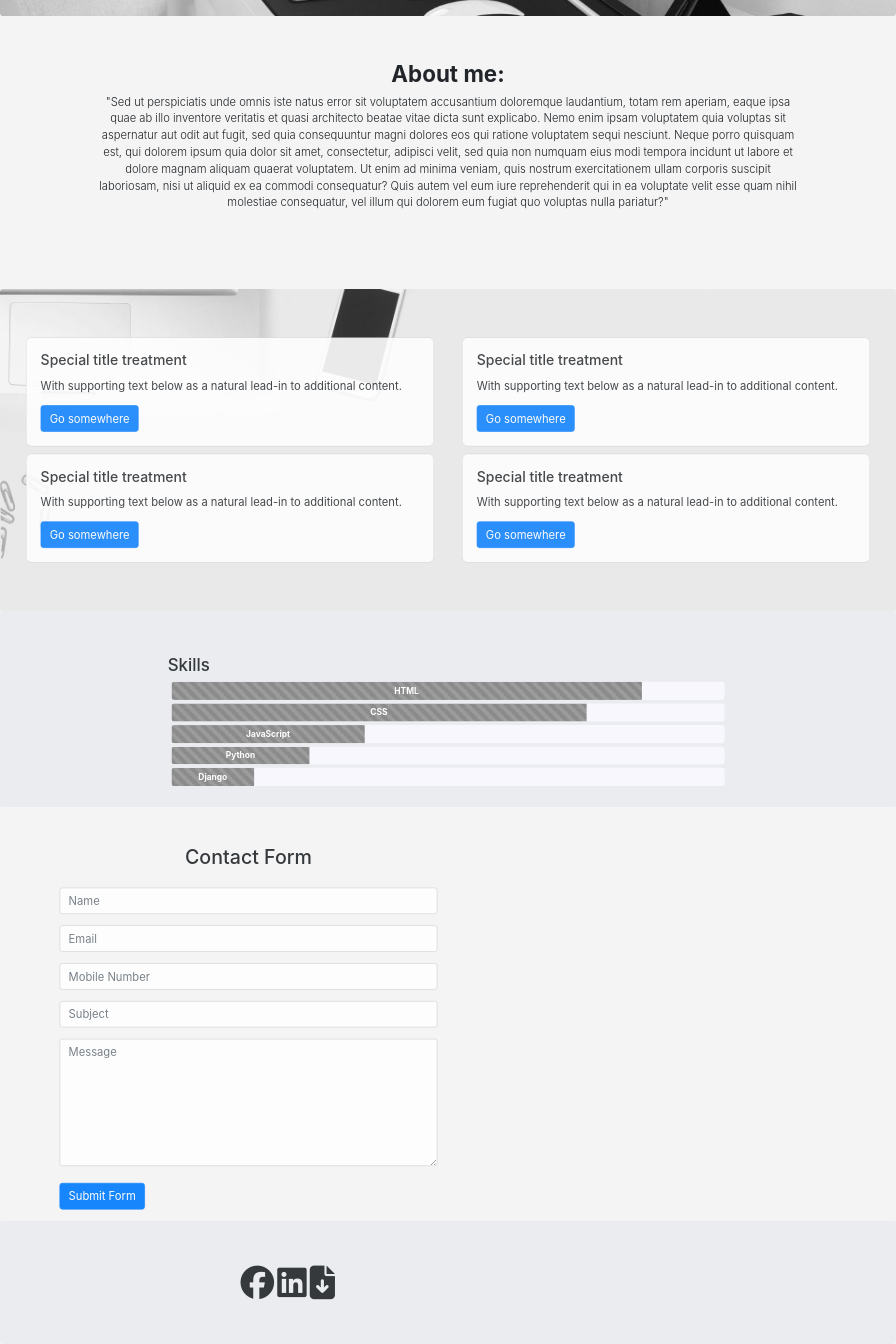
Repository: AlenKrga/milestone01
Page: index.html
The author's editor kept a record of every edit. The page is drawn from the files as they stood at one moment, then again after the next edit.
The browser window is 1280 px wide. The pictures show the part of the page from y = 697 to 2617 px (the page is 2617 px tall), at 70% of full size.
Backgrounds fixed to the window are drawn as part of the page. Some web libraries are served in a nearby version.

Above is the page before.

After the next edit:
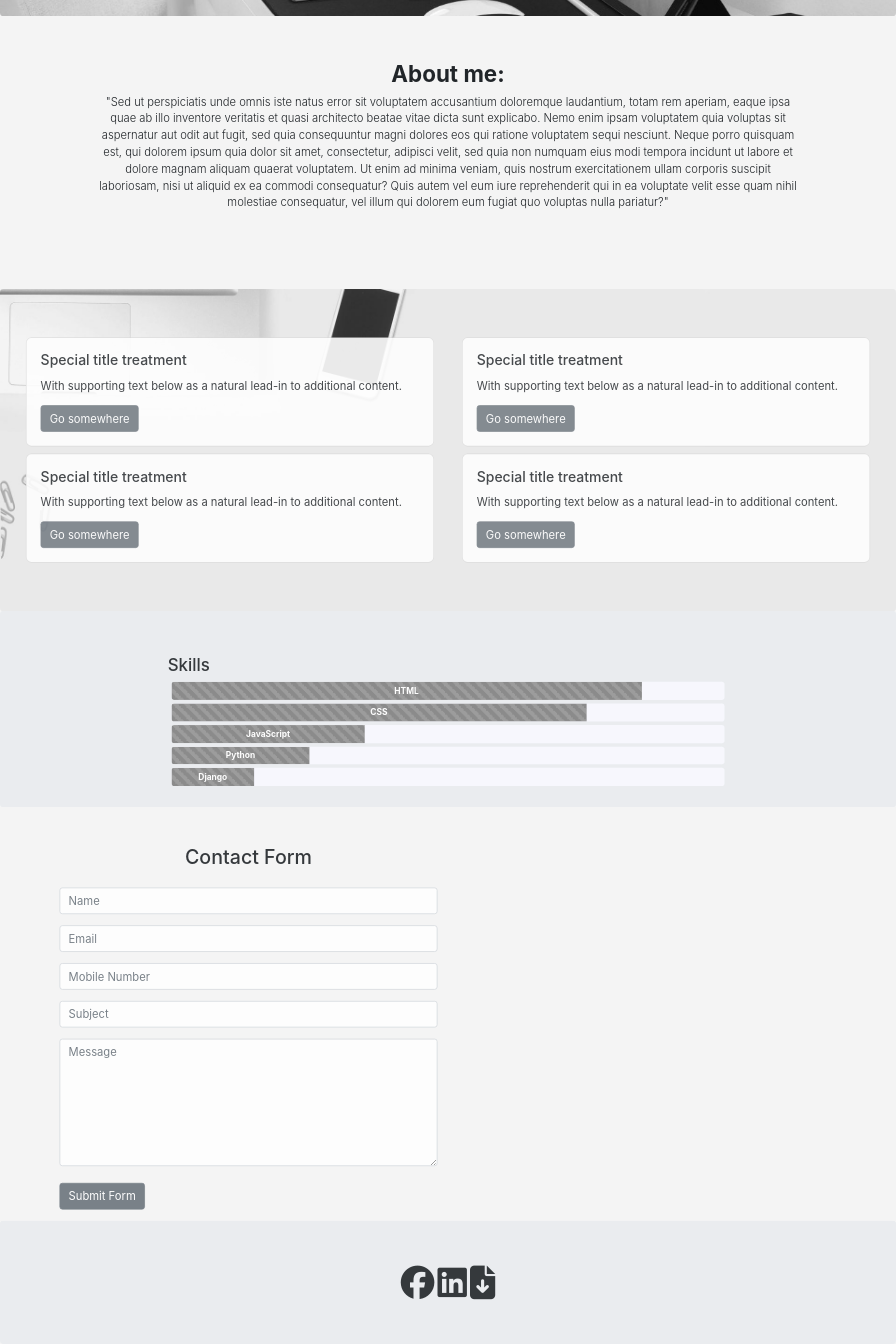
The edit:
--- a/index.html
+++ b/index.html
@@ -75,7 +75,6 @@
         </div>
         </div>
         </div>
-
     </div>
 
 
@@ -92,16 +91,16 @@
       <div class="card-body">
         <h5 class="card-title">Special title treatment</h5>
         <p class="card-text">With supporting text below as a natural lead-in to additional content.</p>
-        <a href="#" class="btn btn-primary">Go somewhere</a>
-      </div>
-    </div>
-  </div>
-  <div class="col-sm-6">
-    <div class="card">
-      <div class="card-body">
-        <h5 class="card-title">Special title treatment</h5>
-        <p class="card-text">With supporting text below as a natural lead-in to additional content.</p>
-        <a href="#" class="btn btn-primary">Go somewhere</a>
+        <a href="#" class="btn btn-secondary">Go somewhere</a>
+      </div>
+    </div>
+  </div>
+  <div class="col-sm-6">
+    <div class="card">
+      <div class="card-body">
+        <h5 class="card-title">Special title treatment</h5>
+        <p class="card-text">With supporting text below as a natural lead-in to additional content.</p>
+        <a href="#" class="btn btn-secondary">Go somewhere</a>
       </div>
     </div>
   </div>
@@ -112,16 +111,16 @@
       <div class="card-body">
         <h5 class="card-title">Special title treatment</h5>
         <p class="card-text">With supporting text below as a natural lead-in to additional content.</p>
-        <a href="#" class="btn btn-primary">Go somewhere</a>
-      </div>
-    </div>
-  </div>
-  <div class="col-sm-6">
-    <div class="card">
-      <div class="card-body">
-        <h5 class="card-title">Special title treatment</h5>
-        <p class="card-text">With supporting text below as a natural lead-in to additional content.</p>
-        <a href="#" class="btn btn-primary">Go somewhere</a>
+        <a href="#" class="btn btn-secondary">Go somewhere</a>
+      </div>
+    </div>
+  </div>
+  <div class="col-sm-6">
+    <div class="card">
+      <div class="card-body">
+        <h5 class="card-title">Special title treatment</h5>
+        <p class="card-text">With supporting text below as a natural lead-in to additional content.</p>
+        <a href="#" class="btn btn-secondary">Go somewhere</a>
       </div>
     </div>
   </div>
@@ -184,7 +183,7 @@
                     <div class="form-group">
                     <textarea class="form-control" type="textarea" id="message" placeholder="Message" maxlength="140" rows="7"></textarea>
                         <br>
-                     <button type="button" id="submit" name="submit" class="btn btn-primary pull-right">Submit Form</button>
+                     <button type="button" id="submit" name="submit" class="btn btn-secondary pull-right">Submit Form</button>
                     </div>
 
 
@@ -199,7 +198,7 @@
     <footer>
     <div class="container-fluid jumbotron mb-0">
     <div class="row justify-content-center">
-  <div class="col-sm-6">
+  <div class="col-">
     <i class="fab fa-facebook fa-3x"></i>
       <i class="fab fa-linkedin fa-3x"></i>
       <i class="fas fa-file-download fa-3x"></i>
